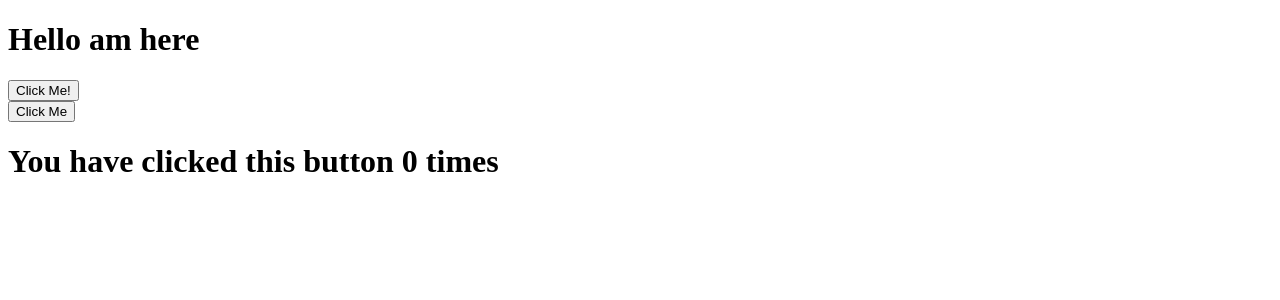
Repository: ohis/JAVAOnTheWeb
Page: http://localhost/ButtonClicker/Clicker
The author's editor kept a copy of each file at every save. The page is drawn from the files as they stood at one save, then again after the next save.
The browser window is 1280 px wide. The pictures show the whole page.
The page is served by Tomcat 9.

Above is the page before, as saved 2017-12-03 03:09:14.

### servlets/ButtonClicker/WebContent/WEB-INF/views/click.jsp
<%@ page language="java" contentType="text/html; charset=ISO-8859-1"
    pageEncoding="ISO-8859-1"%>
<!DOCTYPE html PUBLIC "-//W3C//DTD HTML 4.01 Transitional//EN" "http://www.w3.org/TR/html4/loose.dtd">
<html>
<head>
<meta http-equiv="Content-Type" content="text/html; charset=ISO-8859-1">
<title>Clicker</title>
</head>
<body>
  <h1>Hello am here</h1>

  <form action="Clicker" method="get">
    <input type="submit" value="Click Me!">
  </form>
  <a href="Clicker"><button>Click Me</button> </a>
  <h1>You have clicked this button <%= session.getAttribute("clicks") %> times</h1>

</body>
</html>

### servlets/ButtonClicker/src/com/codingdojo/clicker/controller/Clicker.java
package com.codingdojo.clicker.controller;

import java.io.IOException;

import javax.servlet.RequestDispatcher;
import javax.servlet.ServletException;
import javax.servlet.annotation.WebServlet;
import javax.servlet.http.HttpServlet;
import javax.servlet.http.HttpServletRequest;
import javax.servlet.http.HttpServletResponse;
import javax.servlet.http.HttpSession;

/**
 * Servlet implementation class Clicker
 */
@WebServlet("/Clicker")
public class Clicker extends HttpServlet {
	private static final long serialVersionUID = 1L;

    /**
     * @see HttpServlet#HttpServlet()
     */
    public Clicker() {
        super();
        // TODO Auto-generated constructor stub
    }

	/**
	 * @see HttpServlet#doGet(HttpServletRequest request, HttpServletResponse response)
	 */
    //int count = 0;
	protected void doGet(HttpServletRequest request, HttpServletResponse response) throws ServletException, IOException {
		// TODO Auto-generated method stub
		HttpSession session = request.getSession();
		Integer clicks = (Integer)session.getAttribute("clicks");
		if(clicks == null) {
			session.setAttribute("clicks", 0);
		}else {
			Integer clicks1 = (Integer) session.getAttribute("clicks");
			clicks1++;
			session.setAttribute("clicks", clicks1);
		}


		//session.setAttribute("clicks", count);
		RequestDispatcher view = request.getRequestDispatcher("/WEB-INF/views/click.jsp");
		//count++;
		view.forward(request, response);
	}

	/**
	 * @see HttpServlet#doPost(HttpServletRequest request, HttpServletResponse response)
	 */
	protected void doPost(HttpServletRequest request, HttpServletResponse response) throws ServletException, IOException {
		// TODO Auto-generated method stub
		doGet(request, response);
	}

}

After the next save:
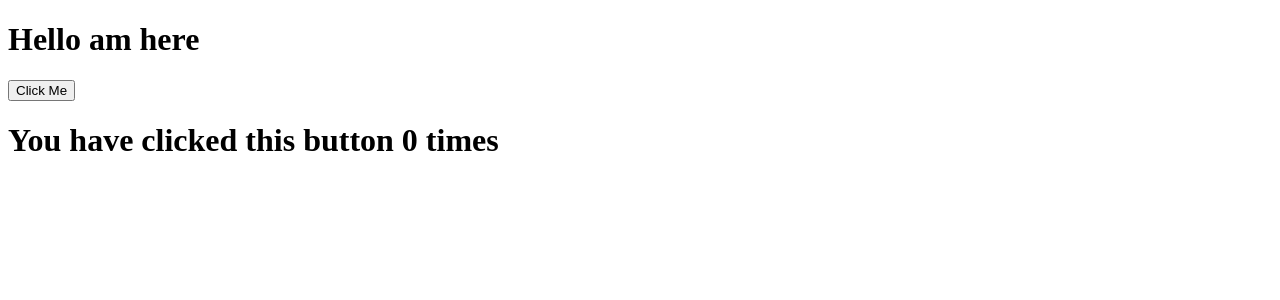
Saved 6 s later.
--- a/servlets/ButtonClicker/WebContent/WEB-INF/views/click.jsp
+++ b/servlets/ButtonClicker/WebContent/WEB-INF/views/click.jsp
@@ -9,9 +9,7 @@
 <body>
   <h1>Hello am here</h1>
 
-  <form action="Clicker" method="get">
-    <input type="submit" value="Click Me!">
-  </form>
+
   <a href="Clicker"><button>Click Me</button> </a>
   <h1>You have clicked this button <%= session.getAttribute("clicks") %> times</h1>
 
